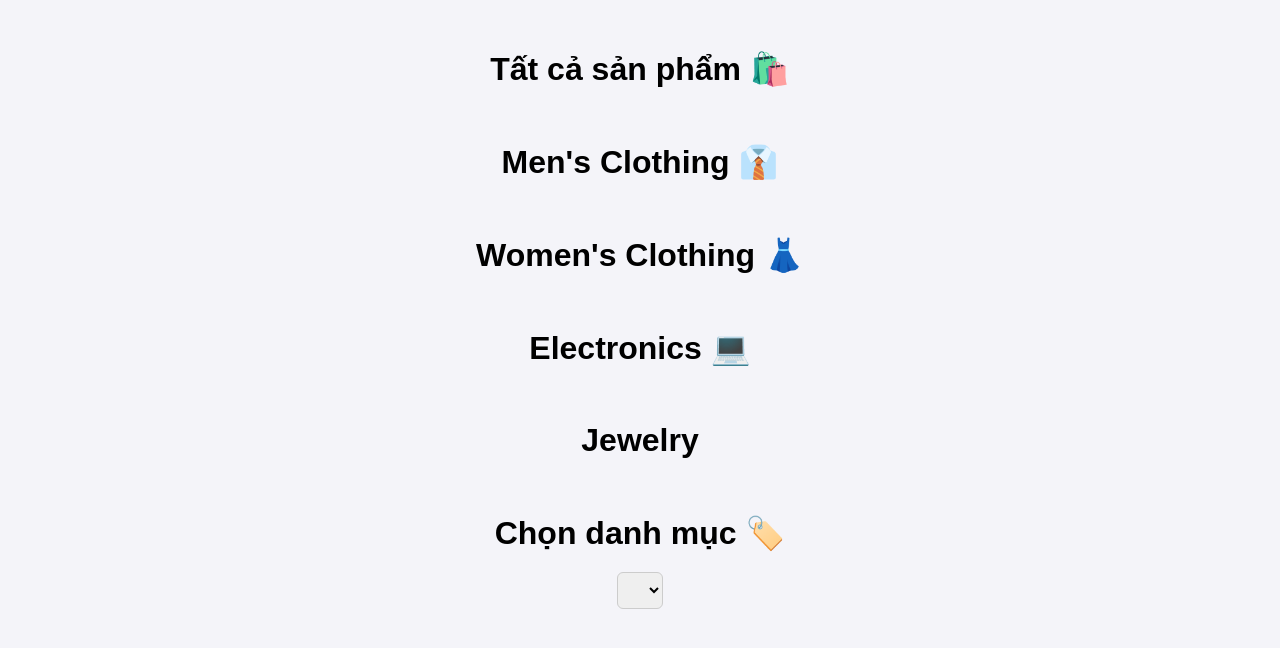
Repository: binhphanbp/ECMAScript_WEB501_WD20301
Page: class_LePhatHien/lesson4/index.html
The author's editor kept a copy of each file at every save. The page is drawn from the files as they stood at one save, then again after the next save.
The browser window is 1280 px wide. The pictures show the whole page.
The page's requests for data from a server got no answer.

Above is the page before, as saved 2025-09-22 15:53:25.

After the next save:
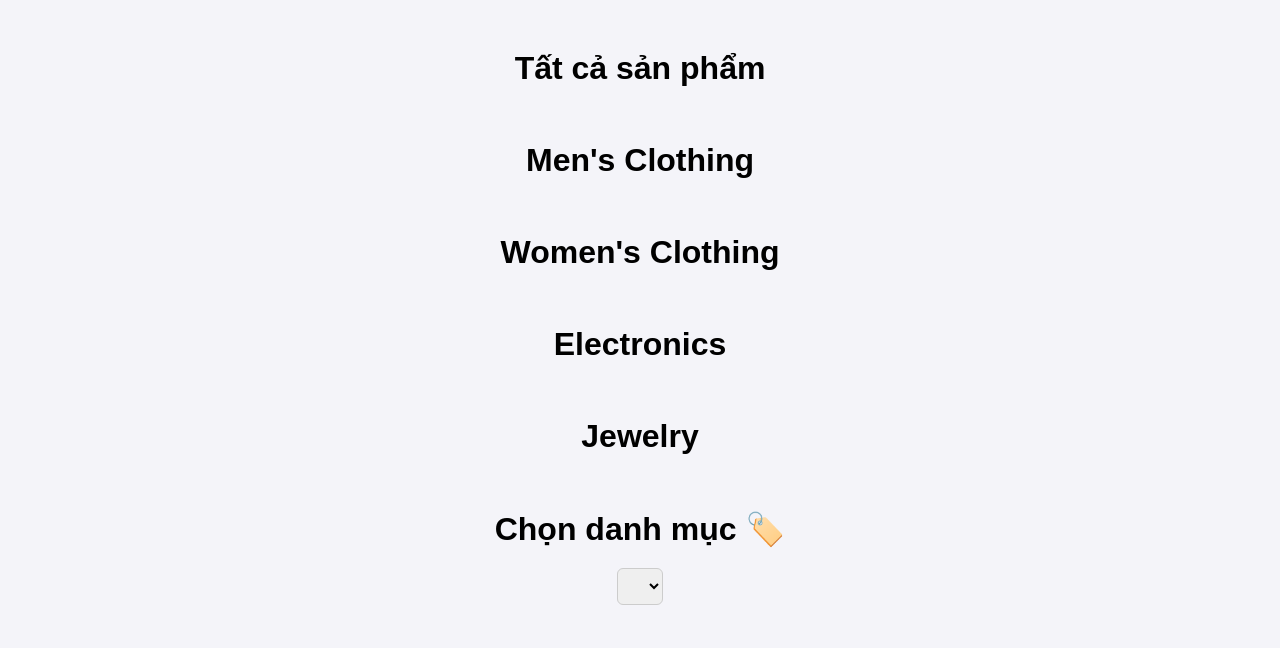
Saved 11 s later.
--- a/class_LePhatHien/lesson4/index.html
+++ b/class_LePhatHien/lesson4/index.html
@@ -85,16 +85,16 @@
     </style>
   </head>
   <body>
-    <h1>Tất cả sản phẩm 🛍️</h1>
+    <h1>Tất cả sản phẩm</h1>
     <div class="product-list" id="allProducts"></div>
 
-    <h1>Men's Clothing 👔</h1>
+    <h1>Men's Clothing</h1>
     <div class="product-list" id="menClothing"></div>
 
-    <h1>Women's Clothing 👗</h1>
+    <h1>Women's Clothing</h1>
     <div class="product-list" id="womenClothing"></div>
 
-    <h1>Electronics 💻</h1>
+    <h1>Electronics</h1>
     <div class="product-list" id="electronics"></div>
 
     <h1>Jewelry</h1>
